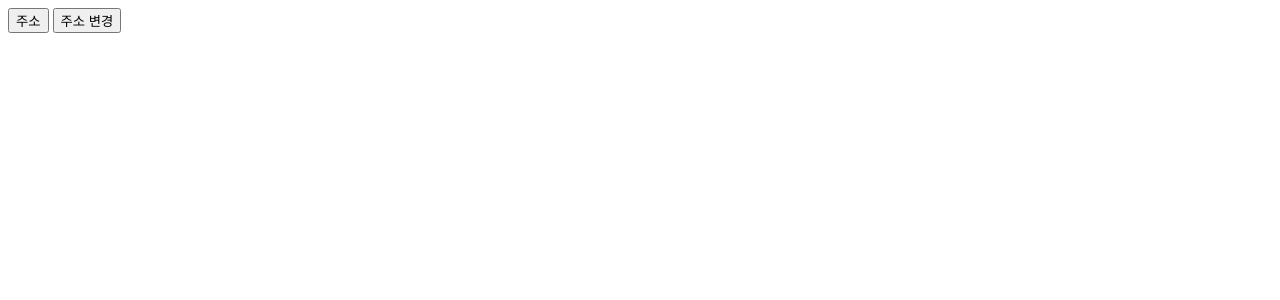
Repository: hololog/workspace_jsp1
Page: JspStudy/src/main/webapp/js1/test8.html
An editor plug-in stored every save of this project. The page is shown before and after the next save, followed by the edit.
The browser window is 1280 px wide. The pictures show the whole page.

Above is the page before, as saved 2021-12-06 02:32:51.

After the next save:
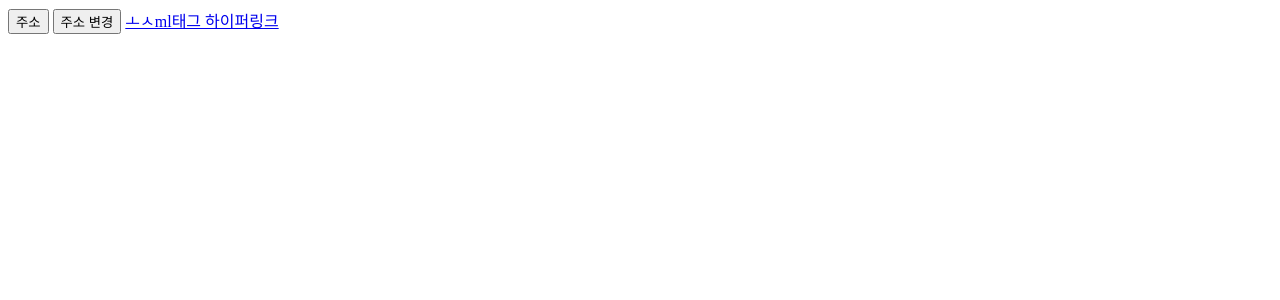
Saved 68 s later.
--- a/JspStudy/src/main/webapp/js1/test8.html
+++ b/JspStudy/src/main/webapp/js1/test8.html
@@ -24,5 +24,6 @@
 <body>
  <input type="button" value="주소" onclick="f1()">
  <input type="button" value="주소 변경" onclick="f2()">
+ <a href="test7.html">ㅗㅅml태그 하이퍼링크</a>
 </body>
 </html>
